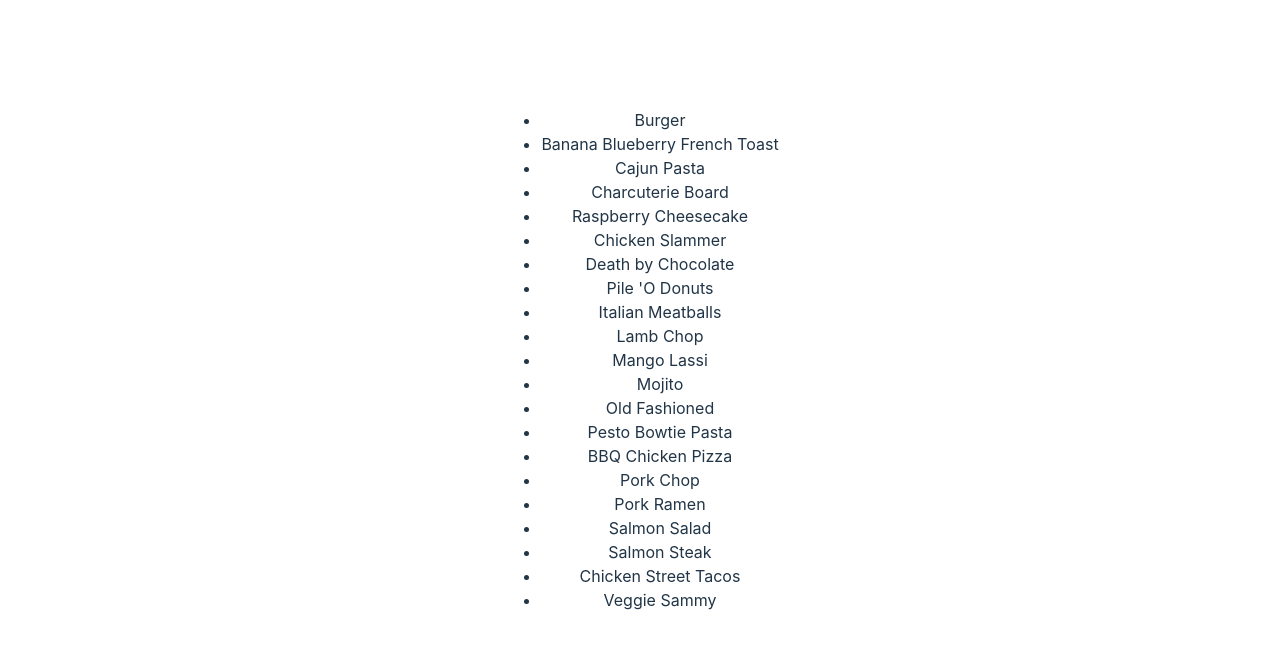
Repository: TylerGarlick/advanced-workshop-react-rally
Page: /
These files come from the project's save history. The page is drawn as it stood at one moment and after the next save; the edit follows.
The browser window is 1280 px wide. The pictures show the whole page.
The project was rebuilt for these pictures with package versions that can differ from the ones it lists, and the page was loaded fresh each time. Requests to the local data server were answered from the project's data file. Also part of the build but not shown: vite.config.ts.

Above is the page before, as saved 2024-08-14 10:23:15.

### src/App.tsx
import { useEffect, useState } from 'react'
import './App.css'
import { Food } from './food'

function App() {
  const [foods, setFoods] = useState([] as Food[])

  useEffect(() => {
    async function getFoods() {
      const response = await fetch('http://localhost:3001/foods')
      const json = await response.json()
      setFoods(json)
    }
    getFoods()
  }, [])

  return (
    <>
      <ul>
        {foods.map(food =>
          <li key={food.id}>{food.name}</li>
        )}
      </ul>
    </>
  )
}

export default App

### db.json
{
  "foods": [
    {
      "id": 1,
      "name": "Burger",
      "image": "burger.jpg",
      "price": 8.99,
      "description":
        "This ain't your average burger. Topped with our tangy cheddar cheese sauce, fresh lettuce, and tomato.",
      "tags": ["Lunch", "Dinner"]
    },
    {
      "id": 2,
      "name": "Banana Blueberry French Toast",
      "image": "banana-french-toast.jpg",
      "price": 9.99,
      "description": "Delicious french toast with banana and blueberry.",
      "tags": ["Breakfast"]
    },
    {
      "id": 3,
      "name": "Cajun Pasta",
      "image": "cajun-pasta.jpg",
      "price": 16.99,
      "description": "Creole-style pasta that's guaranteed to make you sweat.",
      "tags": ["Lunch", "Dinner", "Spicy"]
    },
    {
      "id": 4,
      "name": "Charcuterie Board",
      "image": "charcuterie.jpg",
      "price": 14.99,
      "description":
        "Delicious assortment of locally-sourced meats, cheeses, and spreads.",
      "tags": ["Appetizer"]
    },
    {
      "id": 5,
      "name": "Raspberry Cheesecake",
      "image": "cheesecake.jpg",
      "price": 7.99,
      "description": "Heavenly cheesecake with a sweet raspberry topping.",
      "tags": ["Dessert"]
    },
    {
      "id": 6,
      "name": "Chicken Slammer",
      "image": "chicken-slammer.jpg",
      "price": 11.99,
      "description":
        "Our outrageous chicken sandwich topped with pickled onions and jalapenos.",
      "tags": ["Lunch", "Dinner", "Spicy"]
    },
    {
      "id": 7,
      "name": "Death by Chocolate",
      "image": "death-by-chocolate.jpg",
      "price": 8.99,
      "description":
        "Decadent chocolate pudding topped with chocolate cookies, chocolate frosting, and whipped cream.",
      "tags": ["Dessert"]
    },
    {
      "id": 8,
      "name": "Pile 'O Donuts",
      "image": "donuts.jpg",
      "price": 6.99,
      "description": "Delicious assortment of unique donuts. Guaranteed to please!",
      "tags": ["Dessert"]
    },
    {
      "id": 9,
      "name": "Italian Meatballs",
      "image": "italian-meatballs.jpg",
      "description": "Spiced meatballs served with a rich tomato sauce.",
      "price": 13.99,
      "tags": ["Dinner"]
    },
    {
      "id": 10,
      "name": "Lamb Chop",
      "image": "lamb-chop.jpg",
      "description": "Delicious lamb chop topped with a Mango chutney.",
      "price": 19.99,
      "tags": ["Dinner"]
    },
    {
      "id": 11,
      "name": "Mango Lassi",
      "image": "mango-lassi.jpg",
      "description": "Creamy Mango-flavored delight, served ice cold.",
      "price": 4.99,
      "tags": ["Drink"]
    },
    {
      "id": 12,
      "name": "Mojito",
      "image": "mojito.jpg",
      "description": "A refreshing minty cocktail.",
      "price": 6.99,
      "tags": ["Drink", "Alcoholic"]
    },
    {
      "id": 13,
      "name": "Old Fashioned",
      "image": "old-fashioned.jpg",
      "description": "A classic cocktail with a twist.",
      "price": 7.99,
      "tags": ["Drink", "Alcoholic"]
    },
    {
      "id": 14,
      "name": "Pesto Bowtie Pasta",
      "image": "pesto-bowtie-pasta.jpg",
      "description":
        "Delicious whole wheat pasta topped with our zesty pesto sauce.",
      "price": 12.99,
      "tags": ["Lunch", "Dinner"]
    },
    {
      "id": 15,
      "name": "BBQ Chicken Pizza",
      "image": "pizza.jpg",
      "description":
        "Our homemade thin-crust pizza topped with BBQ chicken and our house cheese blend.",
      "price": 14.99,
      "tags": ["Lunch", "Dinner"]
    },
    {
      "id": 16,
      "name": "Pork Chop",
      "image": "pork-chop.jpg",
      "description": "Thick-cut Pork Chop with a sweet apple glaze.",
      "price": 16.99,
      "tags": ["Dinner"]
    },
    {
      "id": 17,
      "name": "Pork Ramen",
      "image": "ramen.jpg",
      "description": "Delicious bowl of ramen with pork and vegetables.",
      "price": 11.99,
      "tags": ["Lunch", "Dinner"]
    },
    {
      "id": 18,
      "name": "Salmon Salad",
      "image": "salmon-salad.jpg",
      "description":
        "Fresh salad topped with grilled salmon, mixed vegetables, and our house vinaigrette.",
      "price": 14.99,
      "tags": ["Lunch", "Dinner", "Vegetarian"]
    },
    {
      "id": 19,
      "name": "Salmon Steak",
      "image": "salmon.jpg",
      "description": "Seared salmon steak topped with a sweet mango glaze.",
      "price": 18.99,
      "tags": ["Dinner"]
    },
    {
      "id": 20,
      "name": "Chicken Street Tacos",
      "image": "street-tacos.jpg",
      "description": "Delicious chicken tacos with a spicy mango salsa.",
      "price": 9.99,
      "tags": ["Lunch", "Dinner", "Spicy"]
    },
    {
      "id": 21,
      "name": "Veggie Sammy",
      "image": "veggie-sammy.jpg",
      "description": "Fresh grilled veggies on our homemade toasted sourdough.",
      "price": 8.99,
      "tags": ["Lunch", "Dinner", "Vegetarian"]
    }
  ]

}

Loaded but not shown: index.html (common file); src/main.tsx (common file); src/index.css (common file); src/App.css (common file)

After the next save:
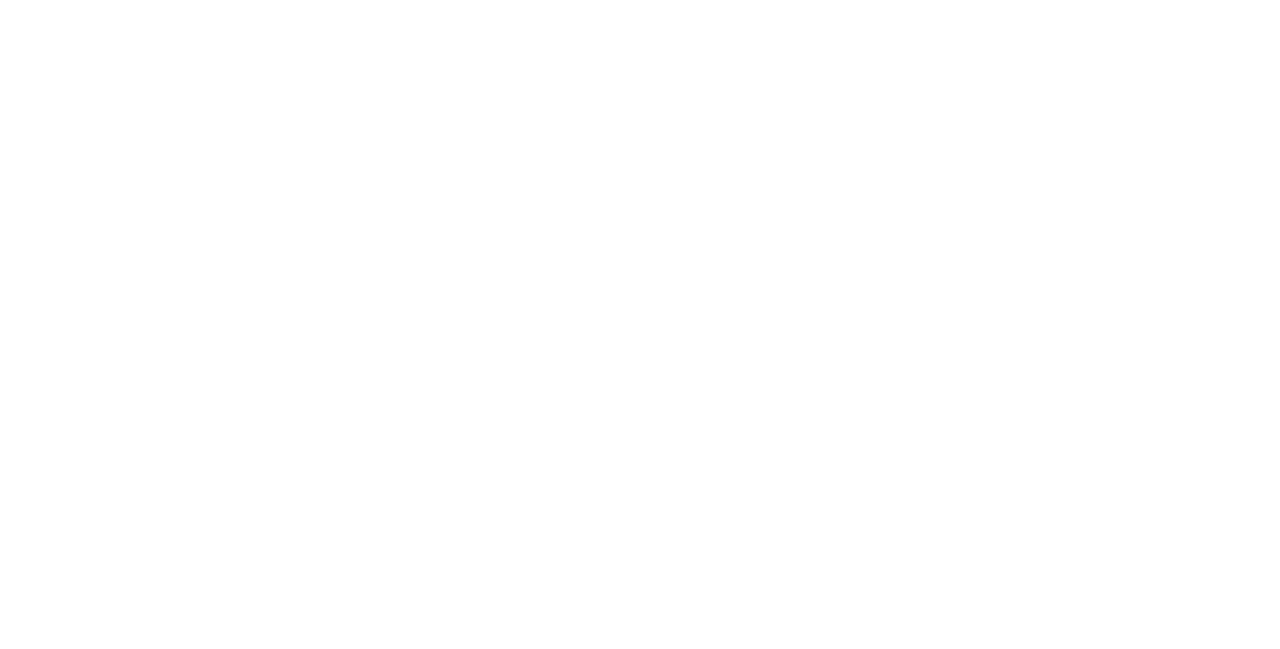
Console error: ReferenceError: rende is not defined
Saved 29 s later.
--- a/src/App.tsx
+++ b/src/App.tsx
@@ -14,6 +14,8 @@
     getFoods()
   }, [])
 
+  rende
+
   return (
     <>
       <ul>

After the 2 saves that followed:
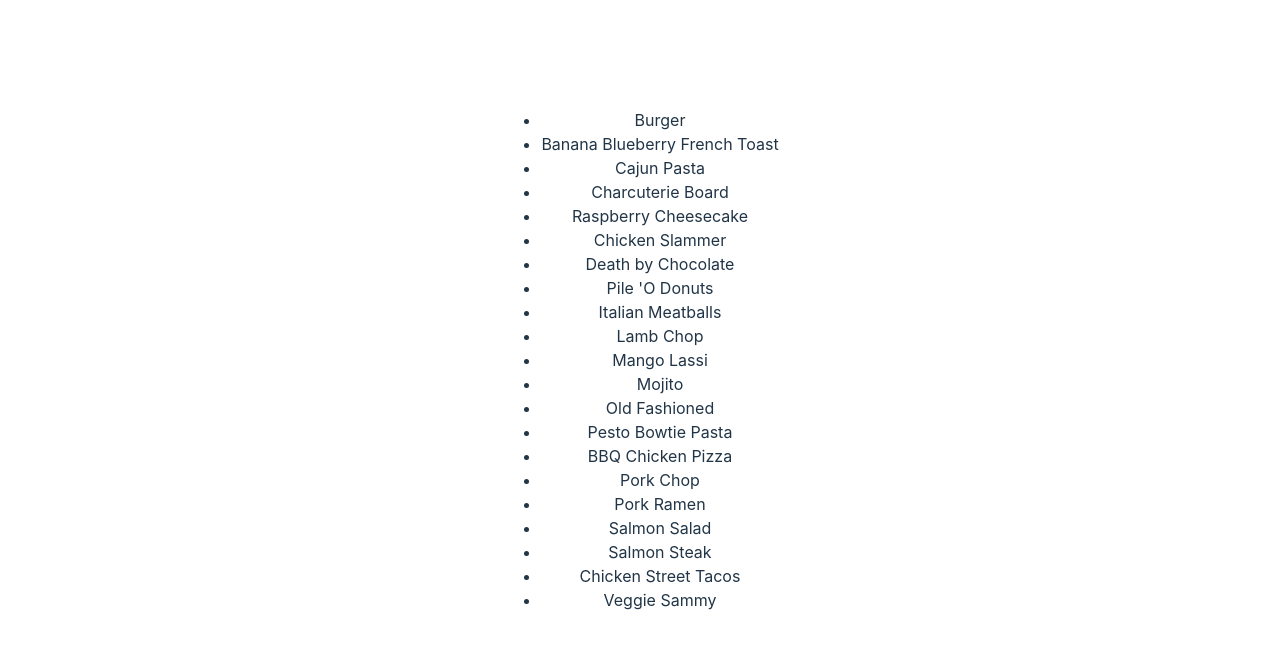
The error is gone.
The 2 saves are shown as one change because 1 left the picture as it was.
The last was saved 14 s later.
--- a/src/App.tsx
+++ b/src/App.tsx
@@ -14,7 +14,9 @@
     getFoods()
   }, [])
 
-  rende
+  function renderFoods() {
+
+  }
 
   return (
     <>
